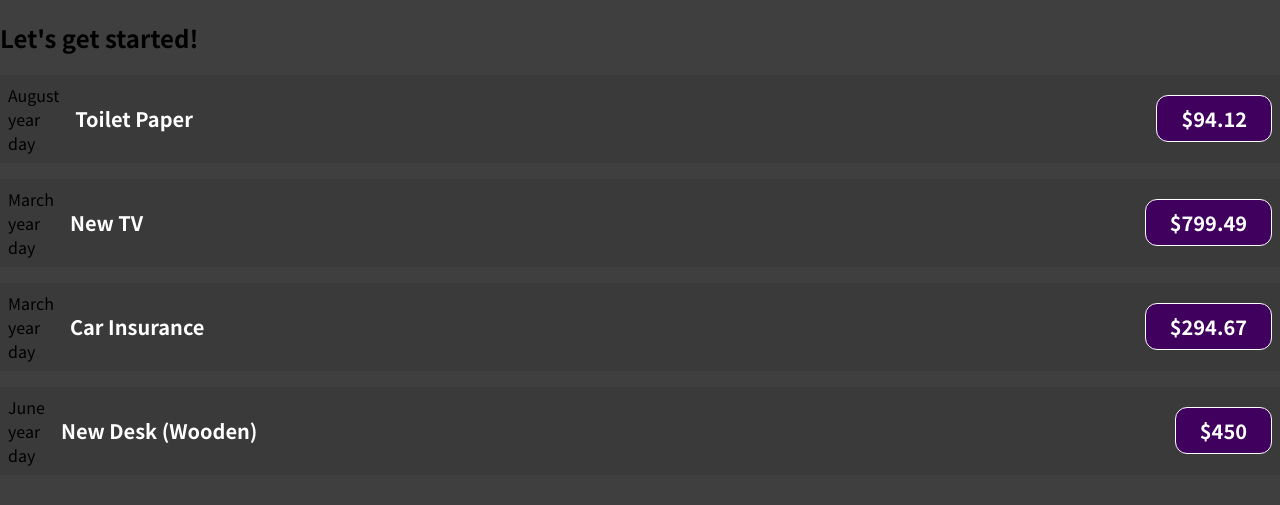
Repository: pial0007l/React
Page: / (app in 01-starting-setup/)
The author's editor kept a copy of each file at every save. The page is drawn from the files as they stood at one save, then again after the next save.
The browser window is 1280 px wide. The pictures show the whole page.
The project was rebuilt for these pictures with package versions that can differ from the ones it lists, and the page was loaded fresh each time.

Above is the page before, as saved 2021-07-03 12:35:17.

### 01-starting-setup/src/App.js
import ExpenseItem from './components/ExpenseItem'

function App() {
  const expenses = [
    {
      id: 'e1',
      title: 'Toilet Paper',
      amount: 94.12,
      date: new Date(2020, 7, 14),
    },
    { id: 'e2', title: 'New TV', amount: 799.49, date: new Date(2021, 2, 12) },
    {
      id: 'e3',
      title: 'Car Insurance',
      amount: 294.67,
      date: new Date(2021, 2, 28),
    },
    {
      id: 'e4',
      title: 'New Desk (Wooden)',
      amount: 450,
      date: new Date(2021, 5, 12),
    },
  ];
  return (
    <div>
      <h2>Let's get started!</h2>

      <ExpenseItem
        title = {expenses[0].title}
        date = {expenses[0].date}
        amount = {expenses[0].amount}
      />
       <ExpenseItem
        title = {expenses[1].title}
        date = {expenses[1].date}
        amount = {expenses[1].amount}
      />
       <ExpenseItem
        title = {expenses[2].title}
        date = {expenses[2].date}
        amount = {expenses[2].amount}
      />
       <ExpenseItem
        title = {expenses[3].title}
        date = {expenses[3].date}
        amount = {expenses[3].amount}
      />

    </div>
  );
}

export default App;

### 01-starting-setup/src/components/ExpenseItem.js
import './ExpenseItem.css'

function ExpenseItem(props){
    const month = props.date.toLocaleString('en-US',{month: 'long'});
    const day  = props.date.toLocaleString('en-US',{day: '2-digit'});
    const year = props.date.getFullYear();
    return (
        <div className="expense-item">
             <div>
                 <div>{month}</div>
                 <div>year</div>
                 <div>day</div>
             </div>
             <div className='expense-item__description'>
                 <h2>{props.title}</h2>
                 <div className='expense-item__price'>${props.amount}</div>
             </div>
        </div>

    );
}

export default ExpenseItem;

### 01-starting-setup/src/components/Expenses/ExpenseItem.css
.expense-item {
    display: flex;
    justify-content: space-between;
    align-items: center;
    background-color: #3a3a3a;
    padding: 0.5rem;
    margin: 1rem 0;
  }

  .expense-item__description {
    display: flex;
    flex-direction: column;
    gap: 1rem;
    align-items: flex-end;
    flex-flow: column-reverse;
    justify-content: flex-start;
    flex: 1;
  }

  .expense-item h2 {
    color: #3a3a3a;
    font-size: 1rem;
    flex: 1;
    margin: 0 1rem;
    color: white;
  }

  .expense-item__price {
    font-size: 1rem;
    font-weight: bold;
    color: white;
    background-color: #40005d;
    border: 1px solid white;
    padding: 0.5rem;
    border-radius: 12px;
  }

  @media (min-width: 580px) {
    .expense-item__description {
      flex-direction: row;
      align-items: center;
      justify-content: flex-start;
      flex: 1;
    }

    .expense-item__description h2 {
      font-size: 1.25rem;
    }

    .expense-item__price {
      font-size: 1.25rem;
      padding: 0.5rem 1.5rem;
    }
  }

Loaded but not shown: 01-starting-setup/public/index.html (common file); 01-starting-setup/src/index.js (common file); 01-starting-setup/src/index.css (common file)

After the next save:
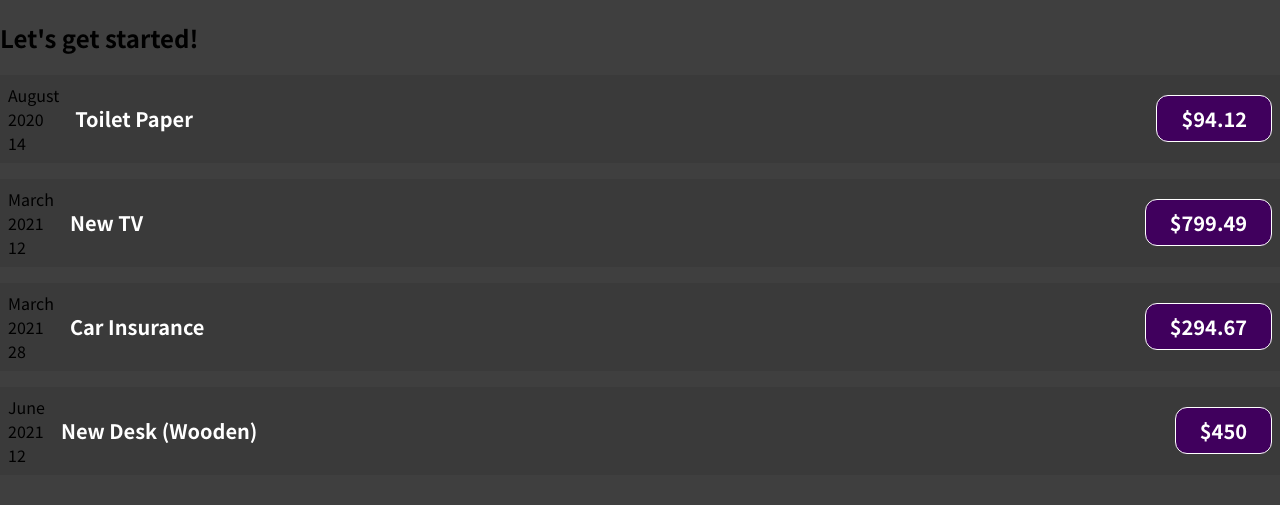
Saved 22 s later.
--- a/01-starting-setup/src/components/ExpenseItem.js
+++ b/01-starting-setup/src/components/ExpenseItem.js
@@ -8,8 +8,8 @@ function ExpenseItem(props){
         <div className="expense-item">
              <div>
                  <div>{month}</div>
-                 <div>year</div>
-                 <div>day</div>
+                 <div>{year}</div>
+                 <div>{day}</div>
              </div>
              <div className='expense-item__description'>
                  <h2>{props.title}</h2>
